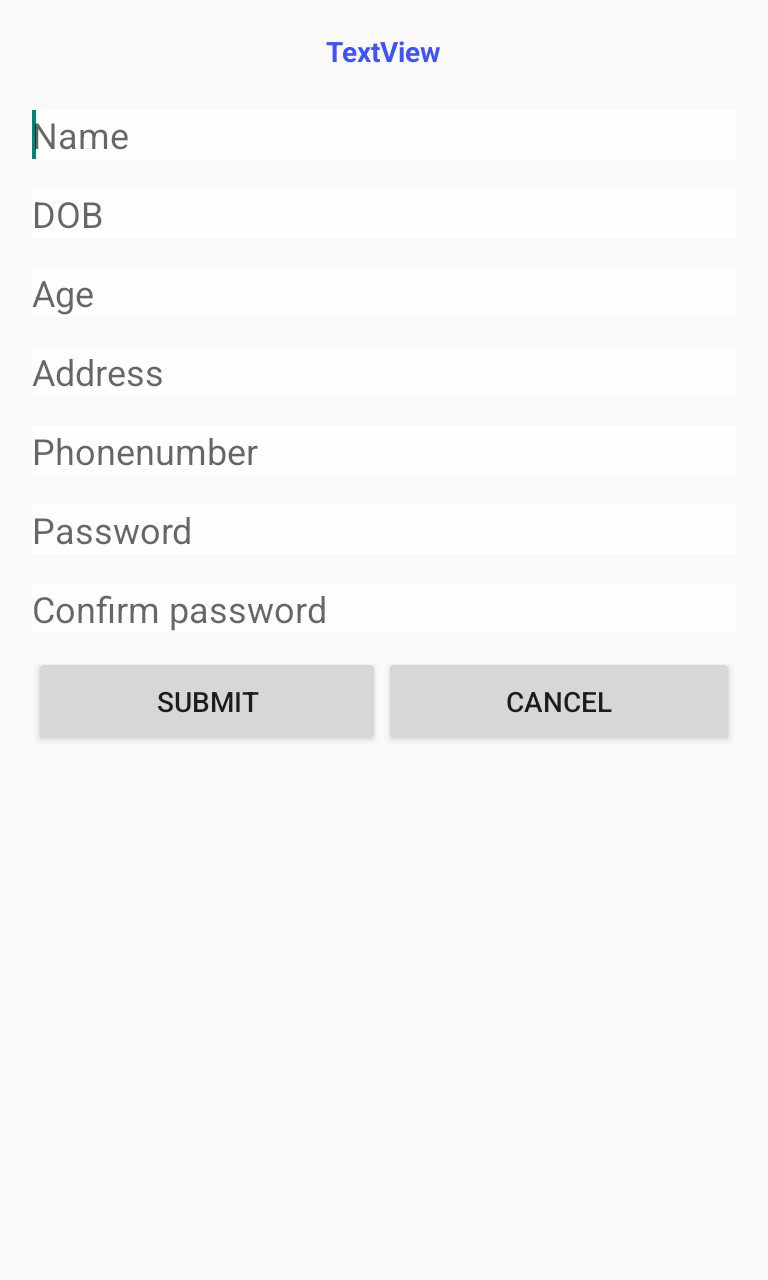
Repository: adarshnair13/my-project
Layout: example5/res/layout/activity_main.xml
The author's editor kept a copy of each file at every save. The layout is drawn from the files as they stood at one save, then again after the next save.
It is drawn on a 768 x 1280 px phone screen (xhdpi) without system bars, with theme AppTheme; the app's code is not run.

Above is the layout before, as saved 2015-02-02 17:45:57.

### example5/res/layout/activity_main.xml
<LinearLayout xmlns:android="http://schemas.android.com/apk/res/android"
    xmlns:tools="http://schemas.android.com/tools"
    android:id="@+id/LinearLayout1"
    android:layout_width="match_parent"
    android:layout_height="match_parent"
    android:orientation="vertical"
    android:paddingBottom="@dimen/activity_vertical_margin"
    android:paddingLeft="@dimen/activity_horizontal_margin"
    android:paddingRight="@dimen/activity_horizontal_margin"
    android:paddingTop="@dimen/activity_vertical_margin"
    tools:context="com.adarsh.example5.MainActivity" >

    <TextView
        android:id="@+id/textView1"
        android:layout_width="wrap_content"
        android:layout_height="wrap_content"
        android:layout_gravity="center"
        android:text="REGISTRATION"
        android:text="TextView"
        android:textColor="#3F52FF"
        android:textStyle="bold" />

    <EditText
        android:id="@+id/editText1"
        android:layout_width="match_parent"
        android:layout_height="wrap_content"
        android:layout_marginTop="20dp"
        android:background="#FEFFFC"
        android:ems="10"
        android:hint="Name" >

        <requestFocus />
    </EditText>

    <EditText
        android:id="@+id/editText2"
        android:layout_width="match_parent"
        android:layout_height="wrap_content"
        android:layout_marginTop="15dp"
        android:background="#FEFFFC"
        android:ems="10"
        android:hint="DOB" />

    <EditText
        android:id="@+id/editText3"
        android:layout_width="match_parent"
        android:layout_height="wrap_content"
        android:layout_marginTop="15dp"
        android:background="#FEFFFC"
        android:ems="10"
        android:hint="Age" />

    <EditText
        android:id="@+id/editText4"
        android:layout_width="match_parent"
        android:layout_height="wrap_content"
        android:layout_marginTop="15dp"
        android:background="#FEFFFC"
        android:ems="10"
        android:hint="Address" />

    <EditText
        android:id="@+id/editText5"
        android:layout_width="match_parent"
        android:layout_height="wrap_content"
        android:layout_marginTop="15dp"
        android:background="#FEFFFC"
        android:ems="10"
        android:hint="Phonenumber" />

    <EditText
        android:id="@+id/editText6"
        android:layout_width="match_parent"
        android:layout_height="wrap_content"
        android:layout_marginTop="15dp"
        android:background="#FEFFFC"
        android:ems="10"
        android:hint="Password" />

    <EditText
        android:id="@+id/editText7"
        android:layout_width="match_parent"
        android:layout_height="wrap_content"
        android:layout_marginTop="15dp"
        android:background="#FEFFFC"
        android:ems="10"
        android:hint="Confirm password" />

    <LinearLayout
        android:layout_width="match_parent"
        android:layout_height="wrap_content"
        android:layout_marginTop="10dp"
        android:weightSum="2.0" >

        <Button
            android:id="@+id/button1"
            style="?android:attr/buttonStyleSmall"
            android:layout_width="wrap_content"
            android:layout_height="wrap_content"
            android:layout_weight="1.0"
            android:text="SUBMIT" />

        <Button
            android:id="@+id/button2"
            style="?android:attr/buttonStyleSmall"
            android:layout_width="wrap_content"
            android:layout_height="wrap_content"
            android:layout_weight="1.0"
            android:text="CANCEL" />

    </LinearLayout>

</LinearLayout>

Loaded but not shown: example5/res/values/styles.xml (common file); example5/res/values-v11/styles.xml (common file); example5/res/values-v14/styles.xml (common file); example5/res/values/dimens.xml (common file); example5/res/values-w820dp/dimens.xml (common file)

After the next save:
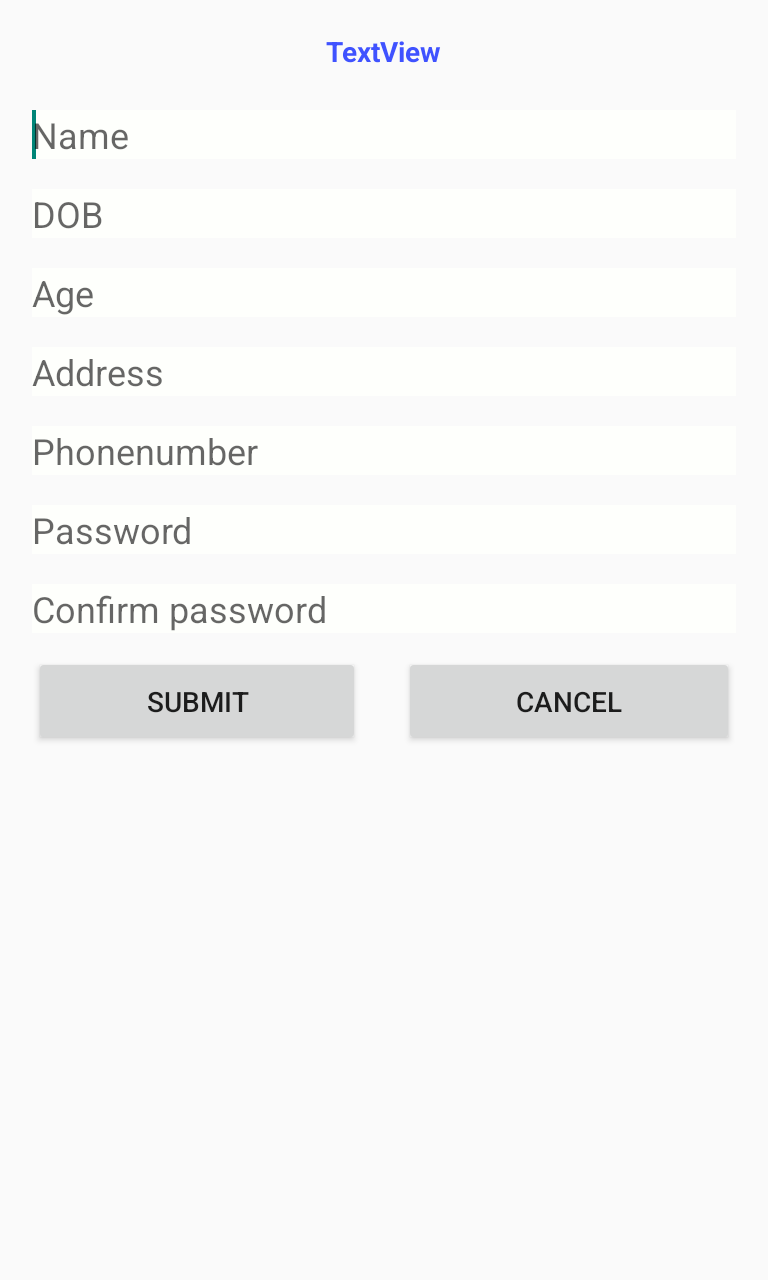
Saved 4 min 8 s later.
--- a/example5/res/layout/activity_main.xml
+++ b/example5/res/layout/activity_main.xml
@@ -98,6 +98,7 @@
             android:layout_width="wrap_content"
             android:layout_height="wrap_content"
             android:layout_weight="1.0"
+            android:layout_marginRight="20dp"
             android:text="SUBMIT" />
 
         <Button
